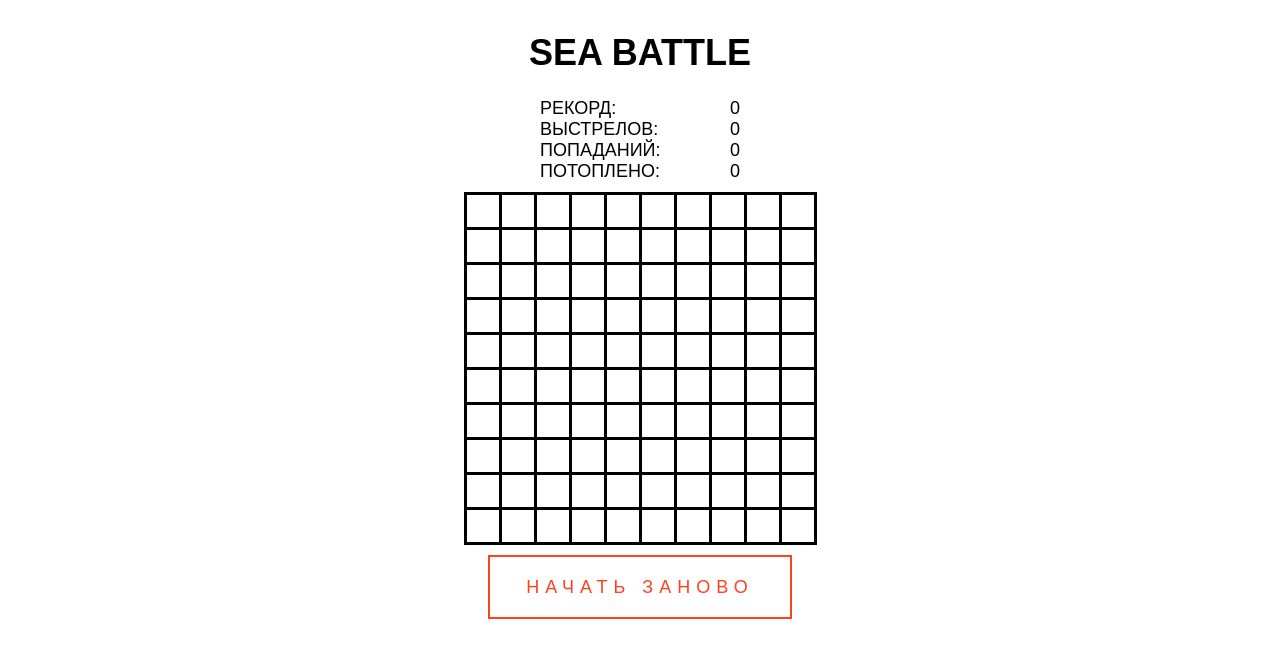
Repository: ShahzodSalimsakov/morskoyBoy
Page: index.html
The author's editor kept a copy of each file at every save. The page is drawn from the files as they stood at one save, then again after the next save.
The browser window is 1280 px wide. The pictures show the whole page.
After loading, the first visible `#enemy` was clicked once.

Above is the page before, as saved 2020-03-04 13:01:14.

After the next save:
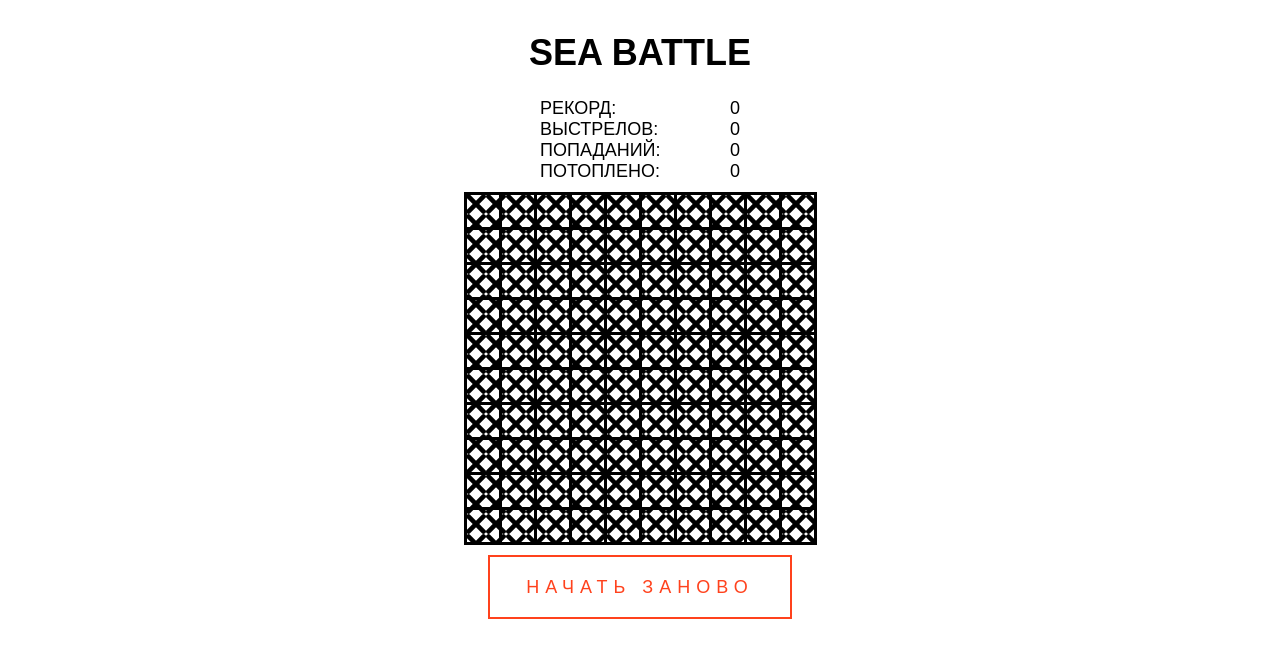
Saved 7 min 2 s later.
--- a/script.js
+++ b/script.js
@@ -12,10 +12,24 @@
     dead: 0
 };
 
+const show = {
+    hit () {
+
+    },
+    miss (elem) {
+        this.changeClass(elem, 'miss')
+    },
+    dead () {
+
+    },
+    changeClass(elem, value) {
+        elem.className = value
+    }
+}
+
 const fire = (event) => {
     const target = event.target;
-    console.log(target);
-
+    show.miss(target);
 }
 
 const init = () => {

After the save that followed:
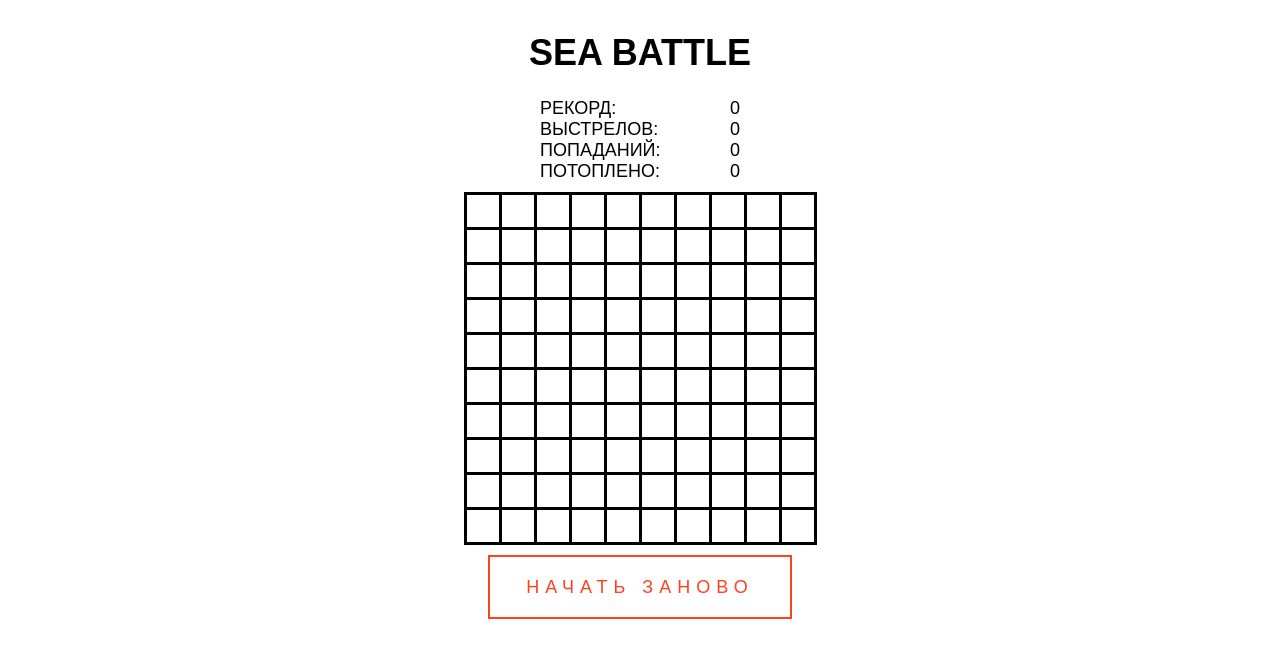
Saved 85 s later.
--- a/script.js
+++ b/script.js
@@ -28,7 +28,7 @@
 }
 
 const fire = (event) => {
-    const target = event.target;
+    const target = event.target.id;
     show.miss(target);
 }
 
